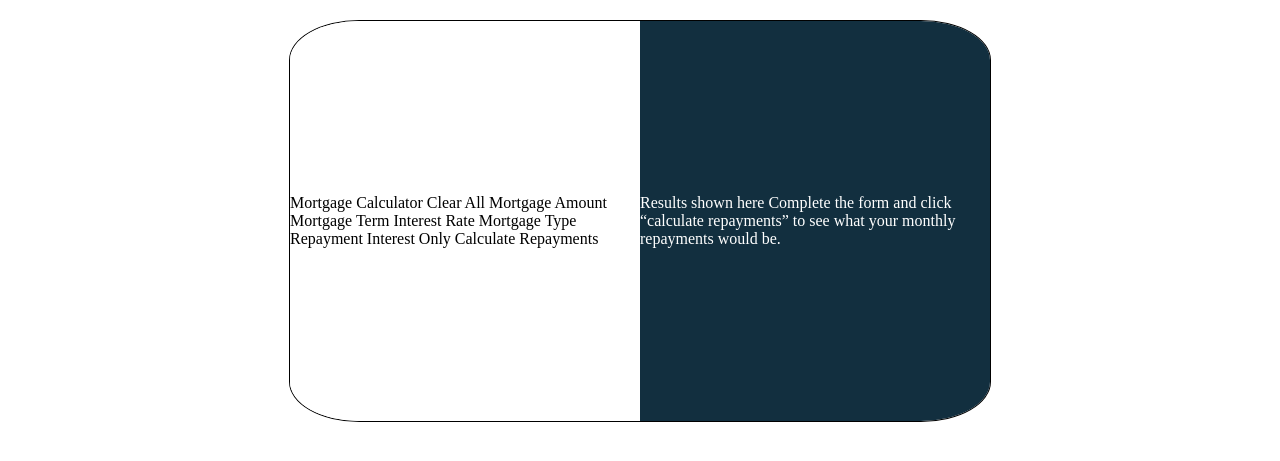
Repository: GravielPV/Mortgage-repayment-calculator
Page: index.html
An editor plug-in stored every save of this project. The page is shown before and after a run of saves, followed by the edit.
The browser window is 1280 px wide. The pictures show the whole page.

Above is the page before, as saved 2025-12-11 16:48:32.

### index.html
<!DOCTYPE html>
<html lang="en">
<head>
  <meta charset="UTF-8">
  <meta name="viewport" content="width=device-width, initial-scale=1.0"> <!-- displays site properly based on user's device -->

  <link rel="icon" type="image/png" sizes="32x32" href="./assets/images/favicon-32x32.png">
  <link rel="stylesheet" href="styles.css">
  <title>Frontend Mentor | Mortgage repayment calculator</title>


</head>
<body>
  <div class="carta">

    <div class="lado izquierdo">

 <h3></h3> Mortgage Calculator
  Clear All

  Mortgage Amount

  Mortgage Term

  Interest Rate

  Mortgage Type
  Repayment
  Interest Only

  Calculate Repayments
  </div>

  <!-- Empty results start -->

  <div class="lado derecho">

  Results shown here

  Complete the form and click “calculate repayments” to see what
  your monthly repayments would be.
  </div>

  <!-- Empty results end -->

  <!-- Completed results start -->

  <div class="resultado">
  Your results

  Your results are shown below based on the information you provided.
  To adjust the results, edit the form and click “calculate repayments” again.

  Your monthly repayments

  Total you'll repay over the term
  </div>

  </div>

  <!-- Completed results end -->

</body>
</html>

### styles.css
.carta{
    width: 700px;
    height: 400px;
display: flex;
margin: 20px auto;
border-radius: 10%;
border: 1px solid rgb(0, 0, 0);
 overflow: hidden;
}

.lado{
    width: 50%;
    display: flex;
    align-items: center;
    justify-content: center;
}

.izquierdo{
display: flex;
    background-color: rgb(255, 255, 255);
}

.derecho{

    background-color: hsl(202, 55%, 16%);
    color: white;
}

.resultado{
    display: none;
}

After the next 2 saves:
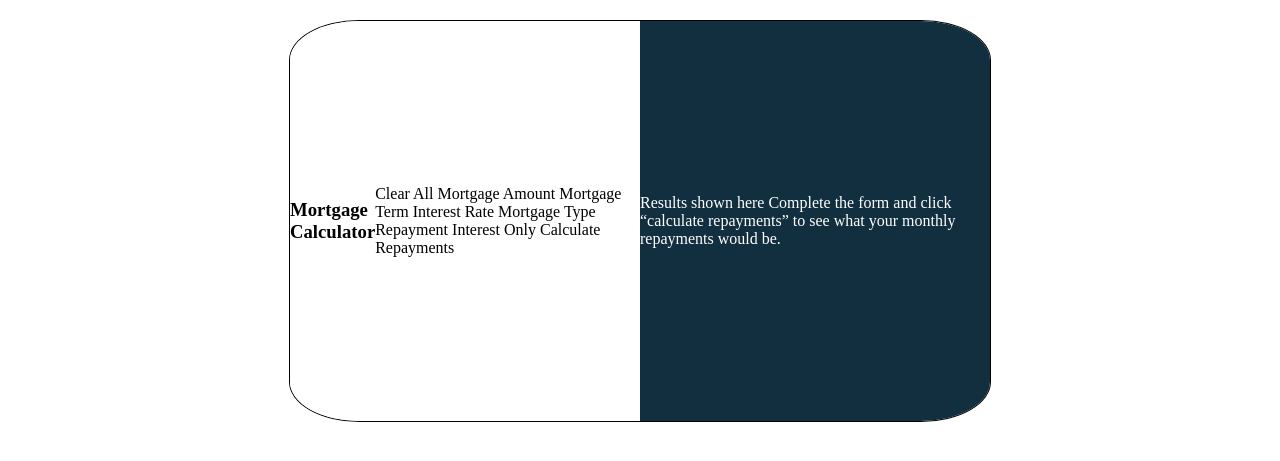
The 2 saves are shown as one change because they came seconds apart.
The last was saved 7 s later.
--- a/index.html
+++ b/index.html
@@ -15,7 +15,7 @@
 
     <div class="lado izquierdo">
 
- <h3></h3> Mortgage Calculator
+ <h3> Mortgage Calculator </h3>
   Clear All
 
   Mortgage Amount
